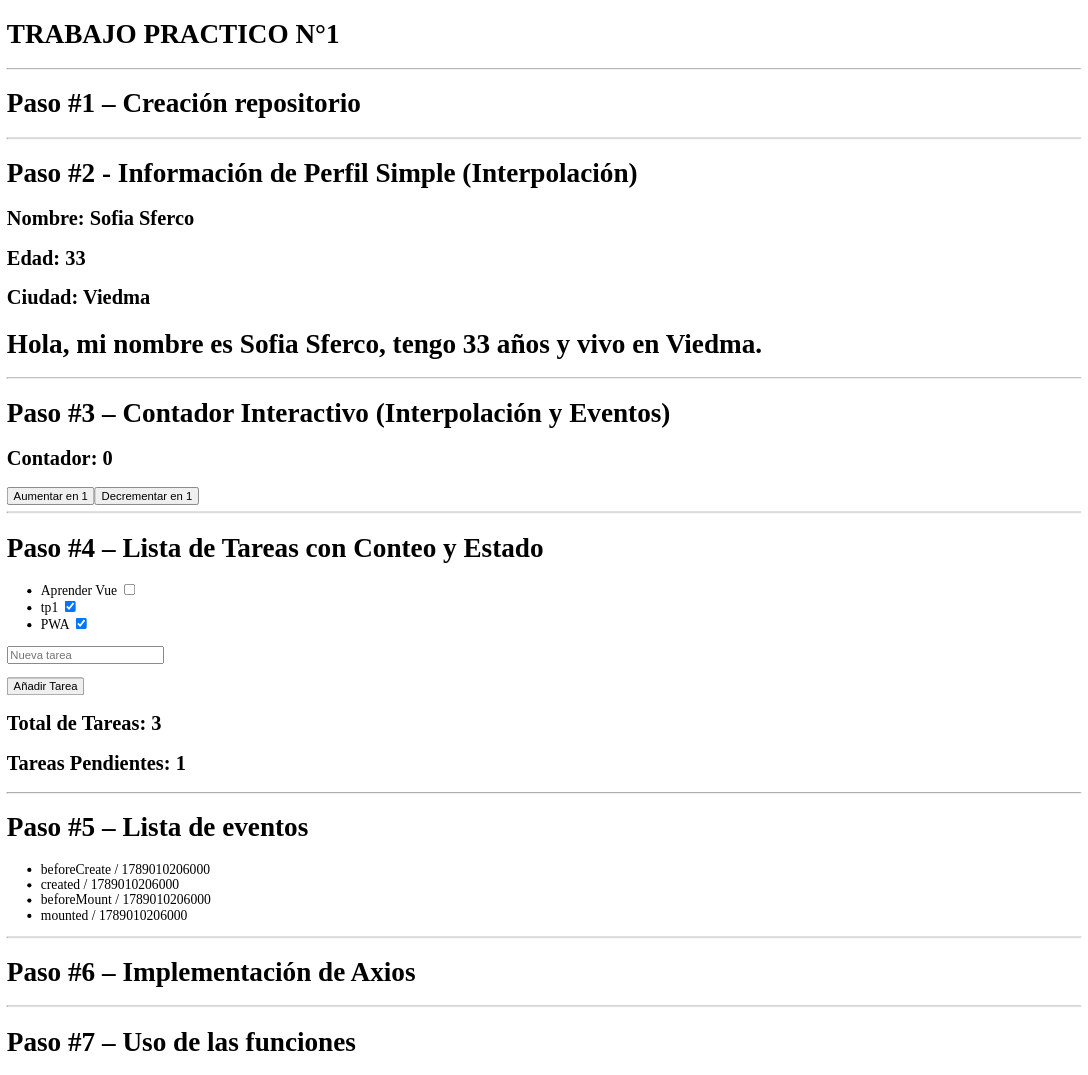
Repository: SofiaSferco/PWA-2026
Page: practico01/index.html
An editor plug-in stored every save of this project. The page is shown before and after the next save, followed by the edit.
The browser window is 1280 px wide. The pictures show the whole page, at 85% of full size.
The page's requests for data from a server got no answer.

Above is the page before, as saved 2026-09-10 04:29:44.
Console error (its wording comes from the project's code and is left out).

After the next save:
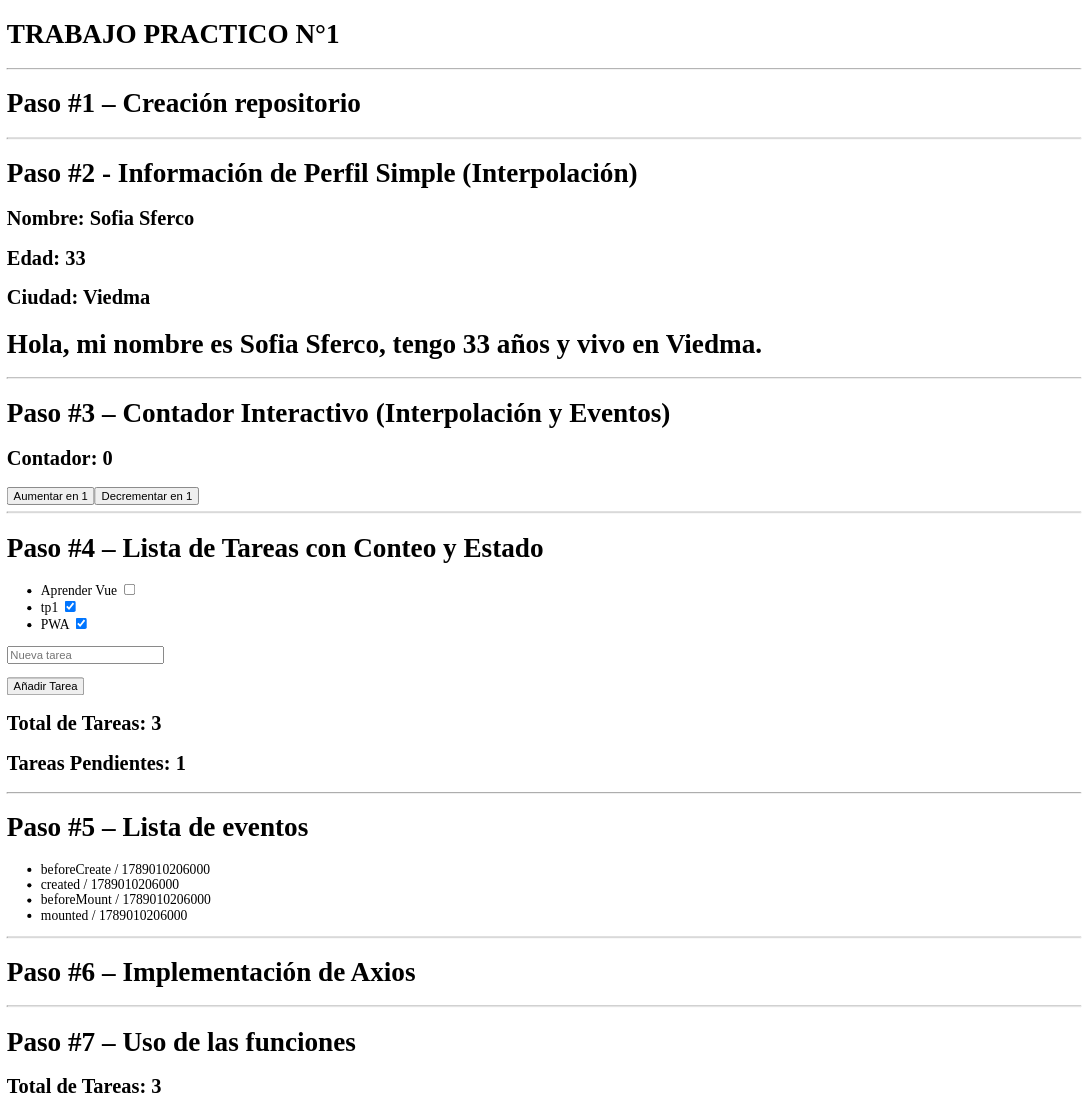
Saved 9 s later.
--- a/practico01/index.html
+++ b/practico01/index.html
@@ -48,7 +48,7 @@
         <h1>Paso #6 – Implementación de Axios</h1>
         <hr>
         <h1>Paso #7 – Uso de las funciones</h1>
-
+        <h2>Total de Tareas: {{totalTareas}}</h2>
         <li v-for="post in posts" :key="post.id" @click="cargarComentarios(post.id)">
             <strong>Post {{ post.id }}</strong>
             <p>{{ post.title }}</p>
